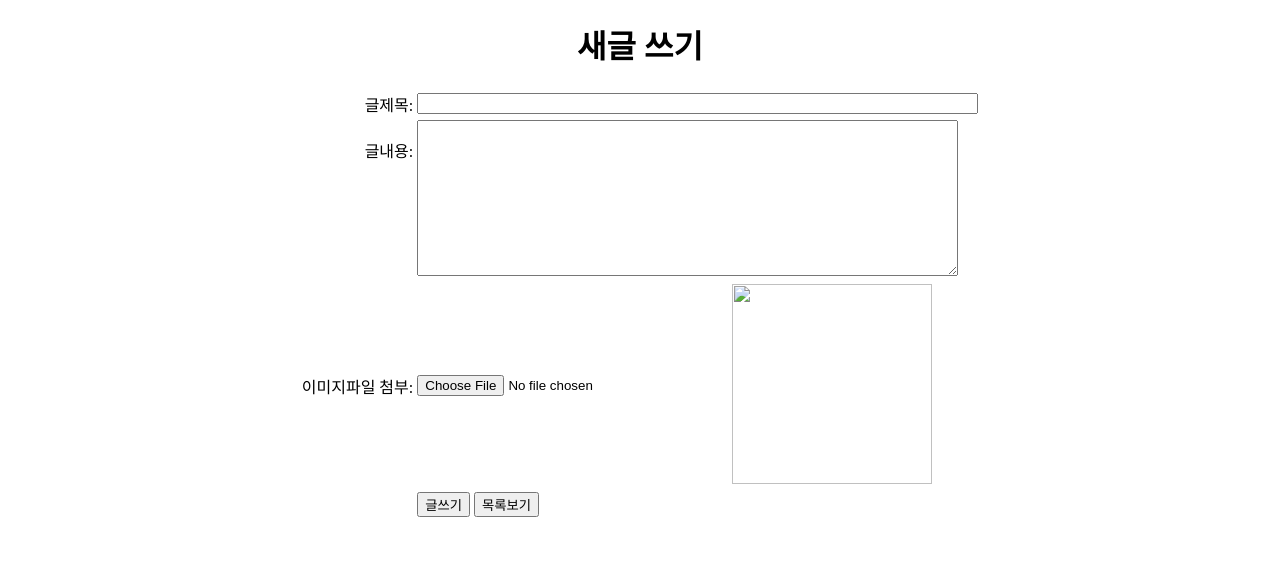
Repository: kimfunn/AI-Platform-
Page: workplace(0518)/13_Shop/WebContent/html/boardWrite.html
These files come from the project's save history. The page is drawn as it stood at one moment and after the next save; the edit follows.
The browser window is 1280 px wide. The pictures show the whole page.

Above is the page before, as saved 2021-06-24 05:40:48.

### workplace(0518)/13_Shop/WebContent/html/boardWrite.html
<!DOCTYPE html>
<html>
<head>
<meta charset="UTF-8">
 <title>새글 쓰기 창</title>
 	<script  src="http://code.jquery.com/jquery-latest.min.js"></script>
	<script type="text/javascript">
	   function readURL(input) {
	      if (input.files && input.files[0]) {
		      var reader = new FileReader();
		      reader.onload = function (e) {
		        $('#preview').attr('src', e.target.result);
	          }
	         reader.readAsDataURL(input.files[0]);
	      }
	  }


	</script>
</head>
<body>
<h1 style="text-align:center">새글 쓰기</h1>
  <form name="articleForm" method="post"   action="../main?sign=addArticle.do"   enctype="multipart/form-data">
  <!-- 	<input type="hidden" name="sign" value="addArticle.do" > -->
    <table border="0" align="center">
     <tr>
	   <td align="right">글제목: </td>
	   <td colspan="2"><input type="text" size="67"  maxlength="500" name="title" /></td>
	 </tr>
	 <tr>
		<td align="right" valign="top"><br>글내용: </td>
		<td colspan=2><textarea name="content" rows="10" cols="65" maxlength="4000"></textarea> </td>
     </tr>
     <tr>
        <td align="right">이미지파일 첨부:  </td>
        <!--  file이 인풋이 태그는 자동으로 입력하는 버튼이 생김 -->
	     <td> <input type="file" name="imageFileName"  onchange="readURL(this);" /></td>
         <td><img  id="preview" src="#"   width=200 height=200/></td>
	 </tr>
	 <tr>
	    <td align="right"> </td>
	    <td colspan="2">
	       <input type="submit" value="글쓰기" />
	       <input type=button value="목록보기"onClick=" window.history.back()" /> <!-- 클릭하면 전 화면으로 돌아가라 -->
	    </td>
     </tr>
    </table>
  </form>
</body>
</html>

After the next save:
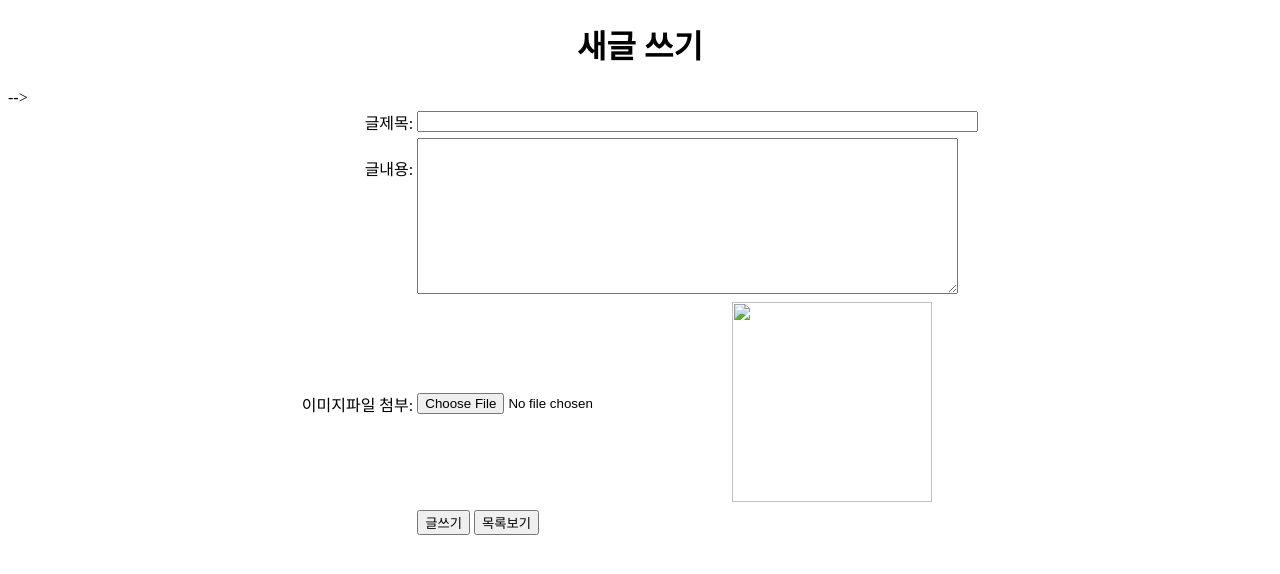
Saved 4 min 39 s later.
--- a/workplace(0518)/13_Shop/WebContent/html/boardWrite.html
+++ b/workplace(0518)/13_Shop/WebContent/html/boardWrite.html
@@ -21,7 +21,7 @@
 <body>
 <h1 style="text-align:center">새글 쓰기</h1>
   <form name="articleForm" method="post"   action="../main?sign=addArticle.do"   enctype="multipart/form-data">
-  <!-- 	<input type="hidden" name="sign" value="addArticle.do" > -->
+  <input type="hidden" name="sign" value="addArticle.do" > -->
     <table border="0" align="center">
      <tr>
 	   <td align="right">글제목: </td>
